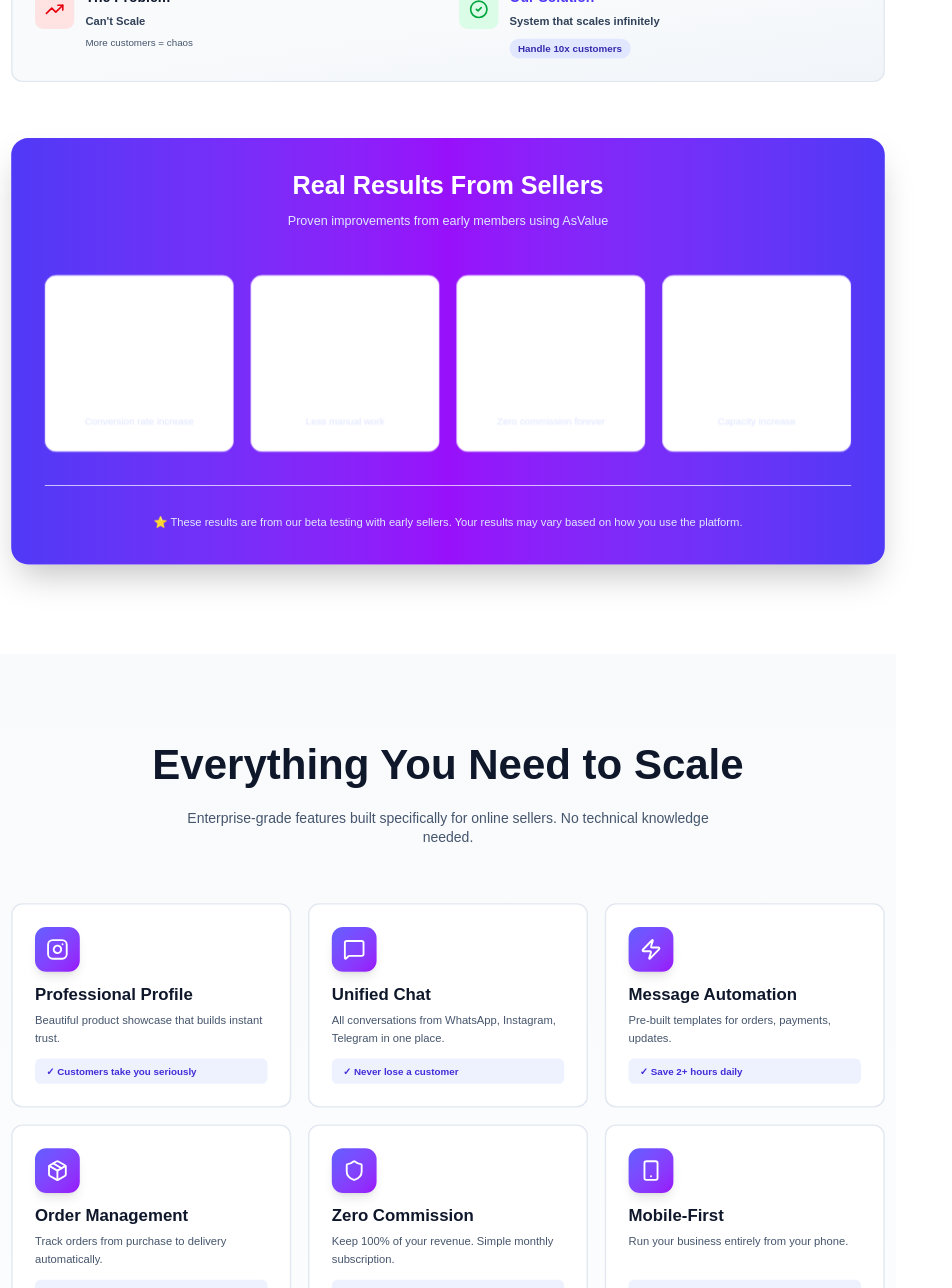
Repository: vikkii2005/asvalue-waitlist
Page: /
These files come from the project's save history. The page is drawn as it stood at one moment and after the next save; the edit follows.
The browser window is 1280 px wide. The page is 1360 px wide, then 1280 px, so the pictures cover 1360 px, including what lies to the right of the window. The pictures show the part of the page from y = 2706 to 4546 px (the page is 6621 px tall before and 6506 px after), at 70% of full size.
The page's requests for data from a server got no answer. The project was rebuilt for these pictures with package versions that can differ from the ones it lists, and the page was loaded fresh each time. The framework's server and built-in components were replaced by stand-ins that run in the browser. No one was signed in, and anything a server would have sent is missing. Also part of the build but not shown: next.config.ts, components/ReferralDashboard.tsx.

Above is the page before, as saved 2025-10-31 10:26:38.

After the next save:
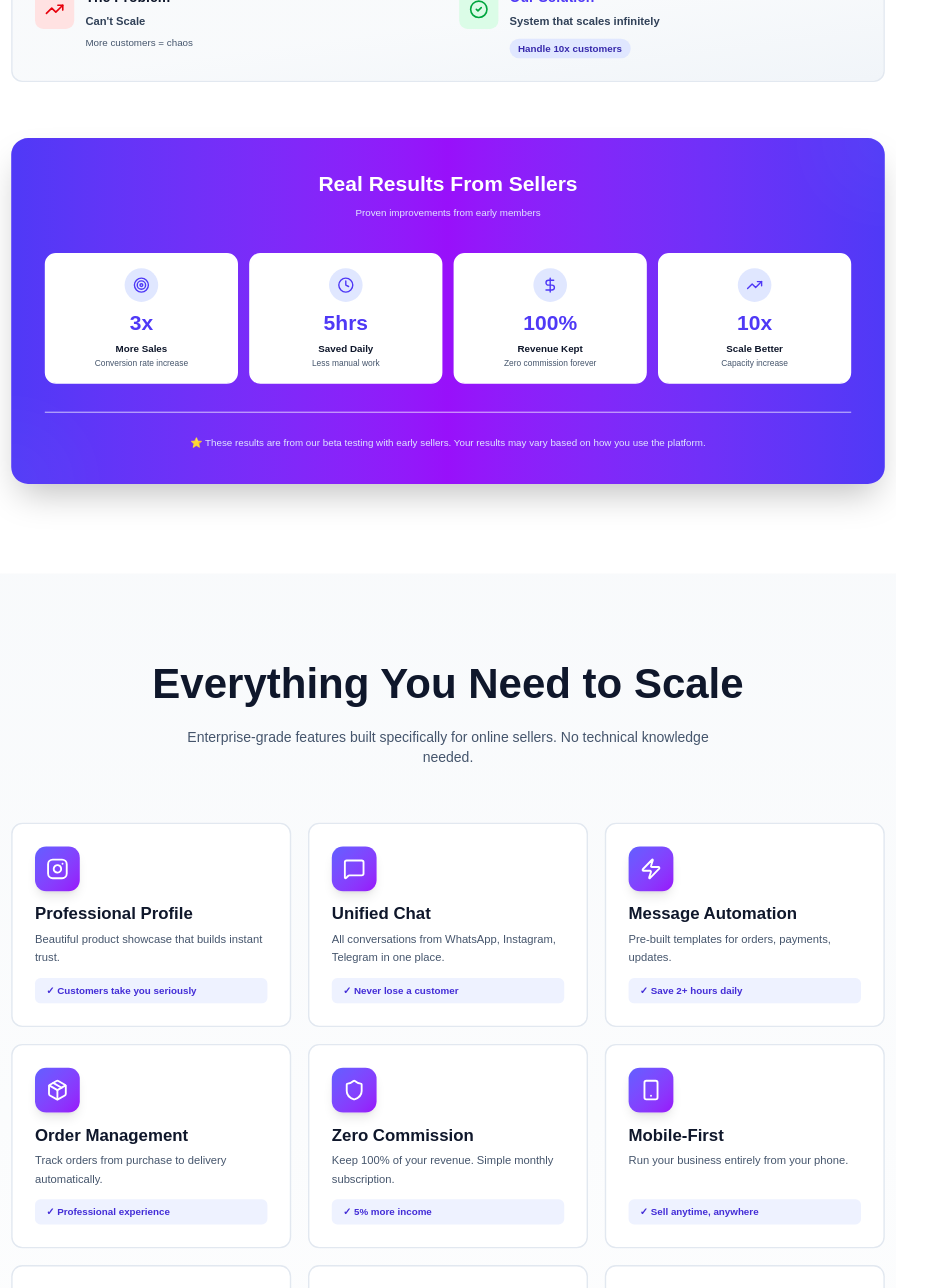
Saved 2 min 12 s later.
--- a/components/ProblemSolution.tsx
+++ b/components/ProblemSolution.tsx
@@ -126,46 +126,46 @@
           ))}
         </div>
 
-        {/* Results Stats - PROFESSIONAL STYLING */}
-        <div className="mt-12 md:mt-20 bg-linear-to-r from-indigo-600 via-purple-600 to-indigo-600 rounded-3xl p-8 md:p-12 text-white shadow-2xl overflow-hidden">
+        {/* Results Stats - FIXED WITH VISIBLE CONTENT & SMALLER BOXES */}
+        <div className="mt-12 md:mt-20 bg-linear-to-r from-indigo-600 via-purple-600 to-indigo-600 rounded-3xl p-8 md:p-12 text-white shadow-2xl overflow-hidden relative">
           {/* Decorative elements */}
           <div className="absolute -right-20 -top-20 w-40 h-40 bg-white opacity-5 rounded-full blur-3xl" />
           <div className="absolute -left-20 -bottom-20 w-40 h-40 bg-white opacity-5 rounded-full blur-3xl" />
 
           <div className="relative z-10">
             {/* Header */}
-            <div className="text-center mb-10 md:mb-16">
-              <h3 className="text-3xl md:text-4xl font-bold mb-3 md:mb-4">Real Results From Sellers</h3>
-              <p className="text-sm md:text-lg text-indigo-100 font-medium">Proven improvements from early members using AsValue</p>
+            <div className="text-center mb-10 md:mb-12">
+              <h3 className="text-2xl md:text-3xl font-bold mb-2 md:mb-3">Real Results From Sellers</h3>
+              <p className="text-xs md:text-sm text-indigo-100 font-medium">Proven improvements from early members</p>
             </div>
 
-            {/* Results Grid - PROFESSIONAL */}
-            <div className="grid grid-cols-2 lg:grid-cols-4 gap-4 md:gap-6 mb-10 md:mb-12">
+            {/* Results Grid - SMALLER BOXES WITH VISIBLE COLORS */}
+            <div className="grid grid-cols-2 lg:grid-cols-4 gap-3 md:gap-4 mb-8 md:mb-10">
               {results.map((result, index) => (
                 <div
                   key={index}
-                  className="bg-white bg-opacity-10 hover:bg-opacity-20 rounded-2xl p-6 md:p-8 border border-white border-opacity-30 backdrop-blur-sm transition-all duration-300 text-center hover:shadow-lg"
+                  className="bg-white rounded-2xl p-4 md:p-5 border-2 border-white border-opacity-20 transition-all duration-300 text-center hover:bg-opacity-95 group"
                 >
                   {/* Icon */}
-                  <div className="w-12 h-12 md:w-14 md:h-14 bg-white bg-opacity-20 rounded-full flex items-center justify-center mx-auto mb-3 md:mb-4 hover:bg-opacity-30 transition-all">
-                    <result.icon className="w-6 h-6 md:w-7 md:h-7 text-white" />
+                  <div className="w-10 h-10 md:w-12 md:h-12 bg-indigo-100 rounded-full flex items-center justify-center mx-auto mb-2 md:mb-3 group-hover:bg-indigo-200 transition-all">
+                    <result.icon className="w-5 h-5 md:w-6 md:h-6 text-indigo-600" />
                   </div>
 
                   {/* Big Number */}
-                  <div className="text-3xl md:text-5xl font-black mb-2 md:mb-3 text-white">{result.number}</div>
+                  <div className="text-2xl md:text-3xl font-black mb-1 md:mb-2 text-indigo-600">{result.number}</div>
 
                   {/* Label */}
-                  <div className="text-sm md:text-base font-bold mb-2 text-white">{result.label}</div>
+                  <div className="text-xs md:text-sm font-bold mb-1 text-slate-900">{result.label}</div>
 
                   {/* Description */}
-                  <div className="text-xs md:text-sm text-indigo-100 leading-relaxed">{result.description}</div>
+                  <div className="text-xs text-slate-600 leading-tight">{result.description}</div>
                 </div>
               ))}
             </div>
 
             {/* Extra Info */}
-            <div className="border-t border-white border-opacity-20 pt-8 md:pt-10 text-center">
-              <p className="text-sm md:text-base text-indigo-100 font-medium">
+            <div className="border-t border-white border-opacity-20 pt-6 md:pt-8 text-center">
+              <p className="text-xs md:text-sm text-indigo-100 font-medium leading-relaxed">
                 ⭐ These results are from our beta testing with early sellers. Your results may vary based on how you use the platform.
               </p>
             </div>
